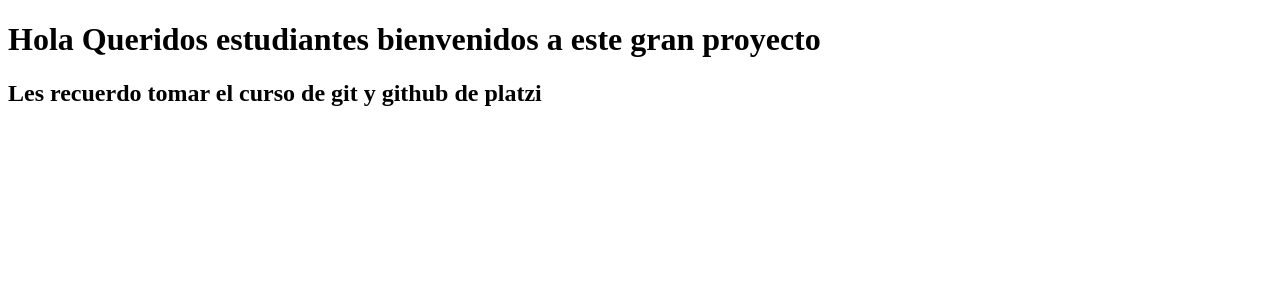
Repository: asso18195/MyWebAsso2025
Page: web.html
These files come from the project's save history. The page is drawn as it stood at one moment and after the next save; the edit follows.
The browser window is 1280 px wide. The pictures show the whole page.

Above is the page before, as saved 2025-02-22 22:44:03.

After the next save:
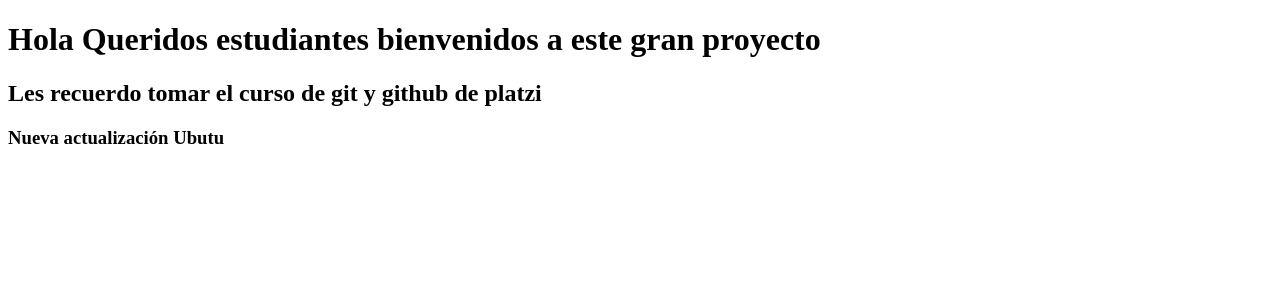
Saved 65 min 14 s later.
--- a/web.html
+++ b/web.html
@@ -11,6 +11,9 @@
             <h2>
                 Les recuerdo tomar el curso de git y github de platzi
             </h2>
+            <h3>
+                Nueva actualización Ubutu
+            </h3>
         </div>
     </body>
 </html>
